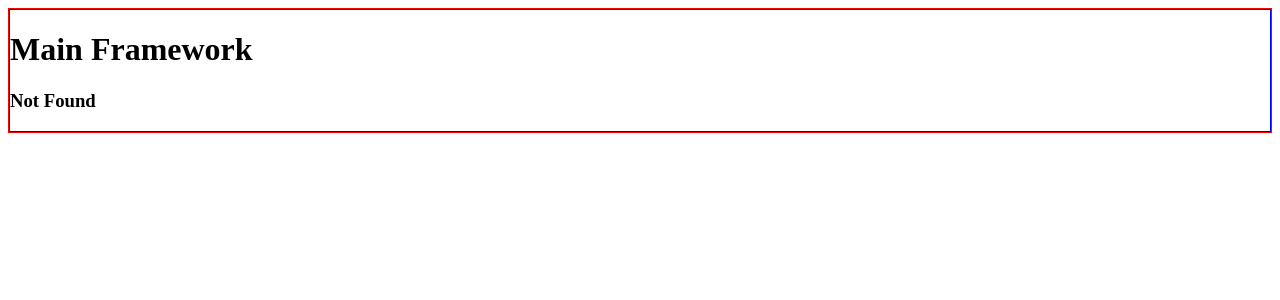
Repository: GregorPiev/angularjs-add-book
Page: index.html
An editor plug-in stored every save of this project. The page is shown before and after the next save, followed by the edit.
The browser window is 1280 px wide. The pictures show the whole page.

Above is the page before, as saved 2020-09-23 16:51:36.

After the next save:
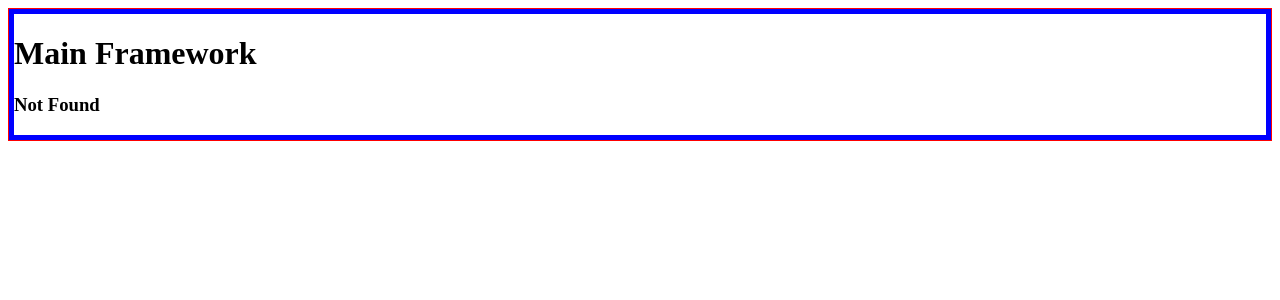
Saved 12 s later.
--- a/index.html
+++ b/index.html
@@ -13,7 +13,7 @@
 				<div
 					class="col-md-10 col-md-offset-1 col-sm-10 col-sm-offset-1 col-lg-10 col-lg-offset-1"
 				>
-					<main style="border: solid 1px blue"></main>
+					<main style="border: solid 5px blue"></main>
 				</div>
 			</div>
 		</div>
